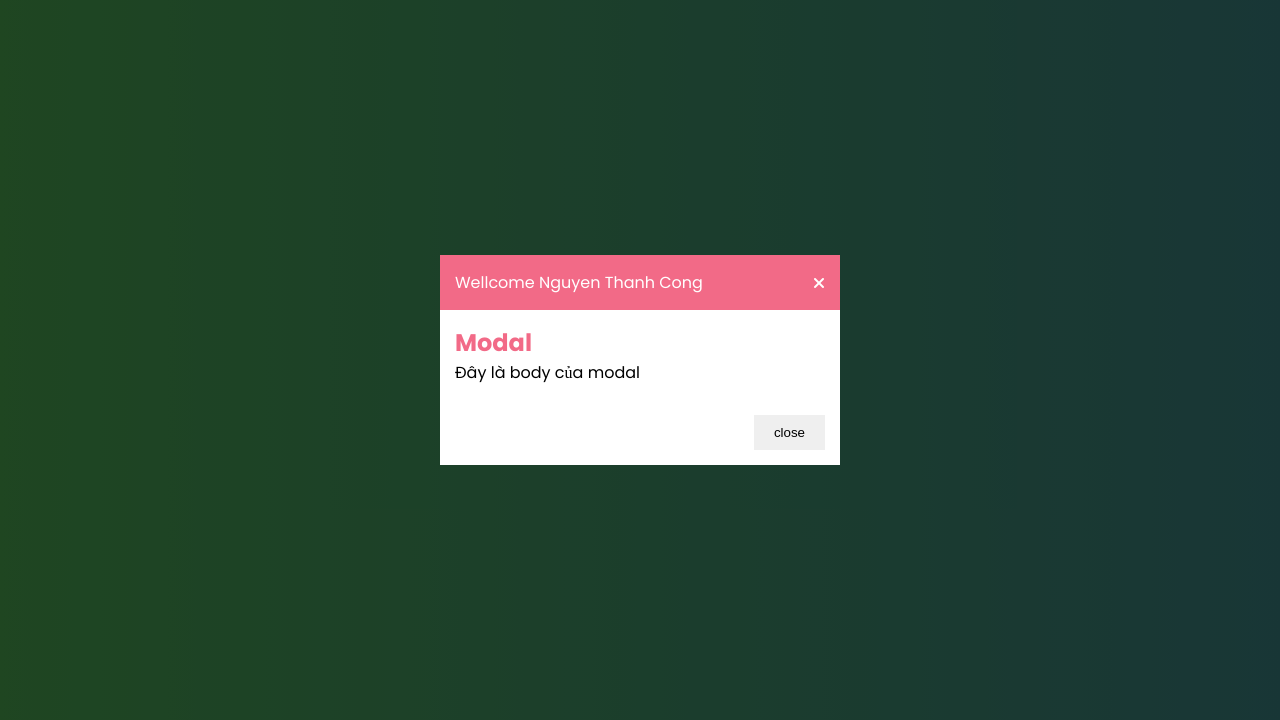
Repository: congnt98/Lean-javascript-in-project
Page: 30Days/3_Modal/index.html
These files come from the project's save history. The page is drawn as it stood at one moment and after a run of saves; the edit follows.
The browser window is 1280 px wide. The pictures show the whole page.

Above is the page before, as saved 2024-02-18 20:22:51.

After the next 2 saves:
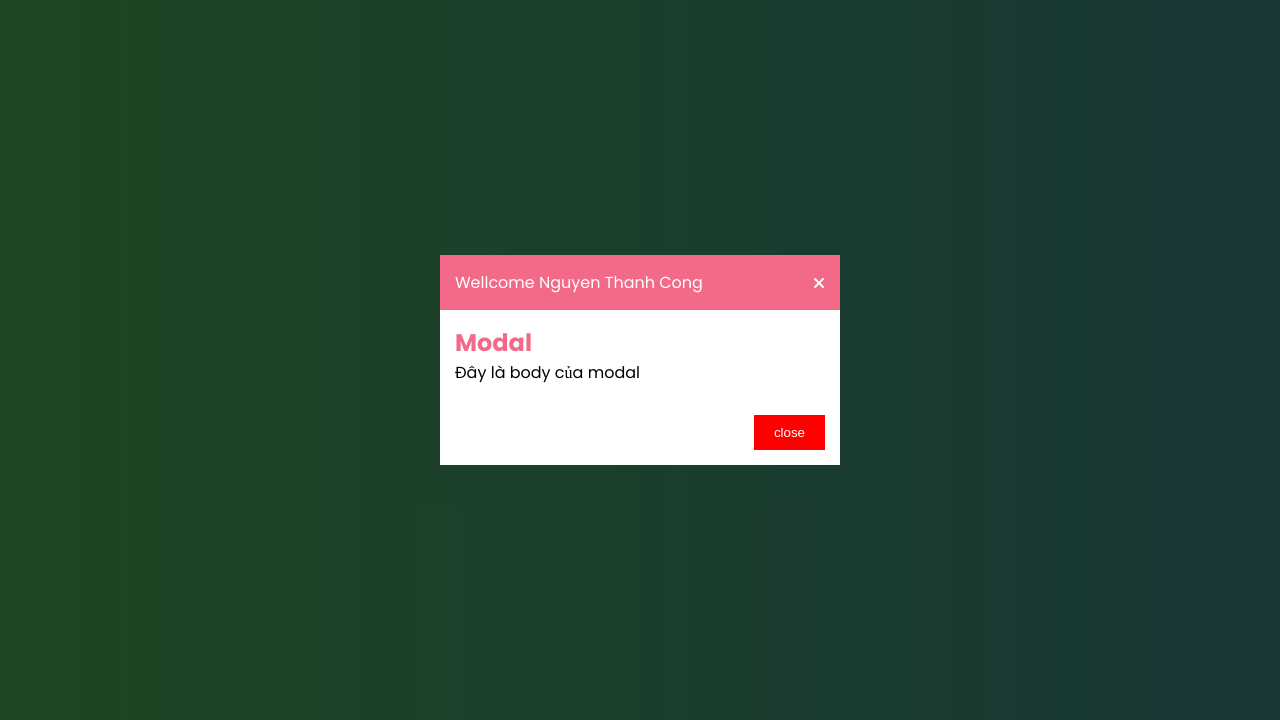
The 2 saves are shown as one change because they came seconds apart.
The last was saved 11 s later.
--- a/30Days/3_Modal/style.css
+++ b/30Days/3_Modal/style.css
@@ -84,5 +84,6 @@ body {
     border: 0;
     outline: 0;
     padding: 10px 20px;
-
+    color: white;
+    background-color: red;
 }
